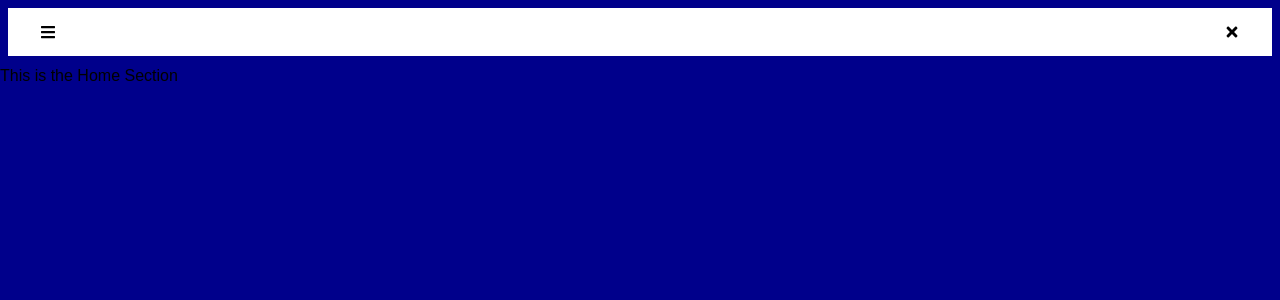
Repository: AngusOnyebuchi/Dashboard
Page: /contact
An editor plug-in stored every save of this project. The page is shown before and after the next save, followed by the edit.
The browser window is 1280 px wide. The pictures show the whole page.
The project was rebuilt for these pictures with package versions that can differ from the ones it lists, and the page was loaded fresh each time.

Above is the page before, as saved 2022-05-15 00:32:38.

After the next save:
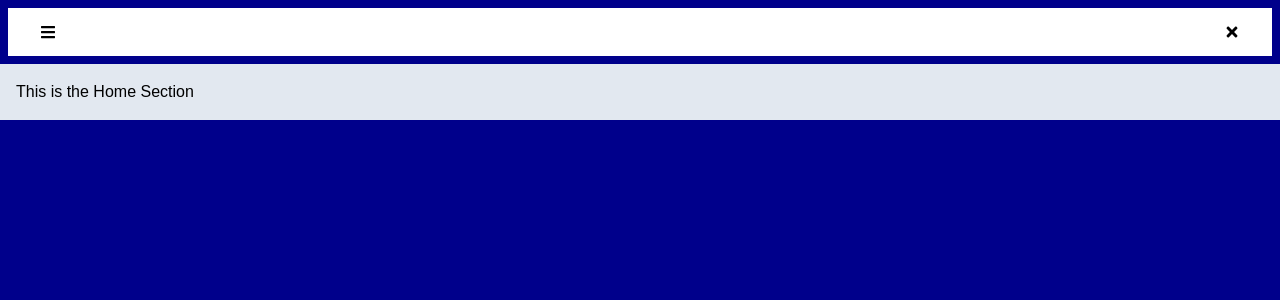
Saved 2 min 21 s later.
--- a/src/components/Home.js
+++ b/src/components/Home.js
@@ -2,7 +2,7 @@ import React from 'react'
 
 export default function Home() {
   return (
-    <div>
+    <div className='p-4 bg-slate-200'>
         <h1>This is the Home Section</h1>
     </div>
   )
